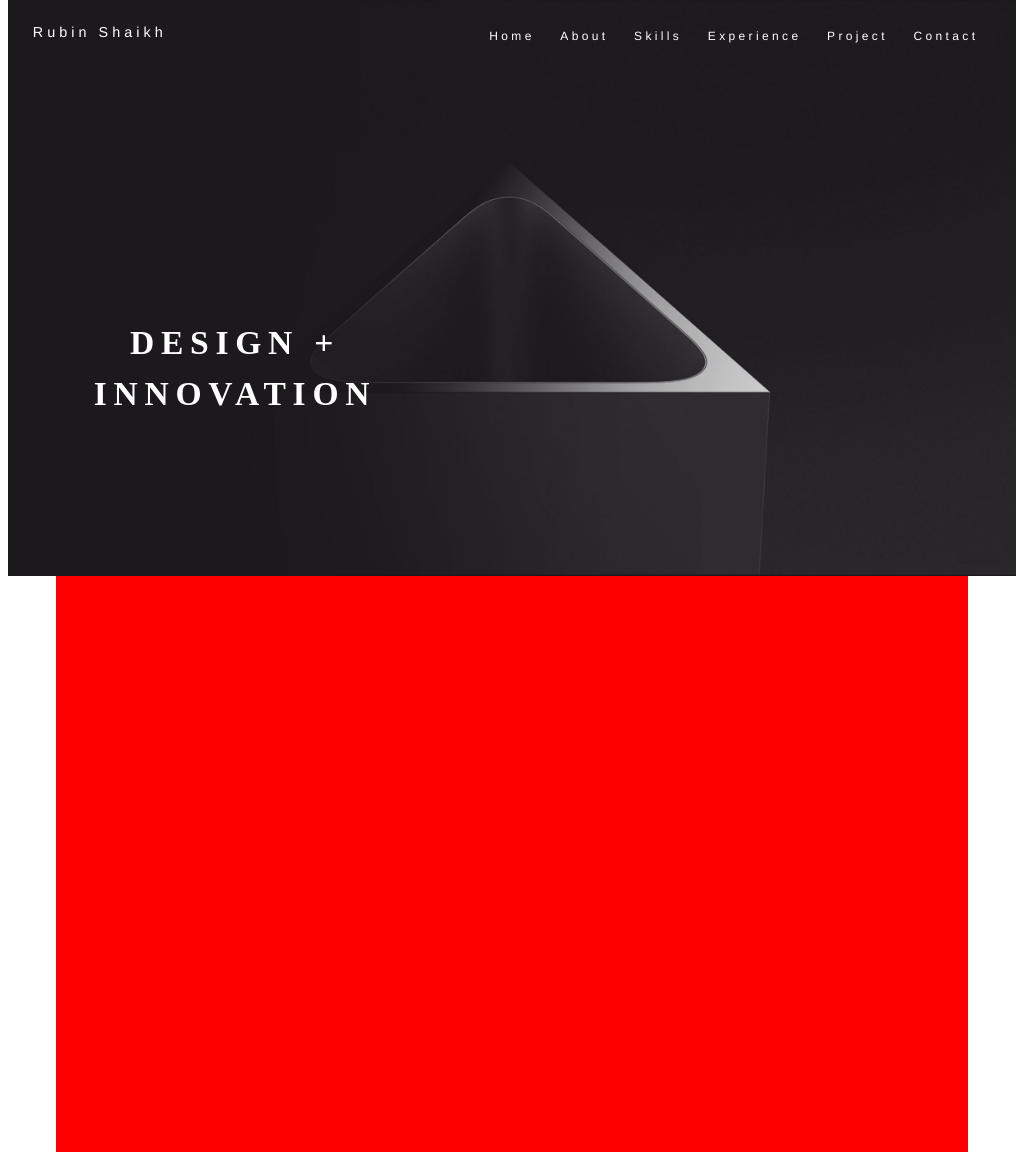
Repository: Rubin78/My-Portfolio
Page: /second
An editor plug-in stored every save of this project. The page is shown before and after the next save, followed by the edit.
The browser window is 1280 px wide. The pictures show the whole page, at 80% of full size.
The project was rebuilt for these pictures with package versions that can differ from the ones it lists, and the page was loaded fresh each time. Also part of the build but not shown: src/components/First/First.module.css, src/components/First/First.js, src/components/Third.js.

Above is the page before, as saved 2020-07-21 17:29:01.

### src/App.js
import React from 'react';

// import './App.css';

import { BrowserRouter as Router, Switch, Route } from "react-router-dom";
import First from './components/First/First';
import Second from './components/Second';
import Third from './components/Third';
function App() {
  return (
    <Router>
        <div className="App">

          <Switch>
            <Route exact path="/" component={First} />
            <Route exact path="/second" component={Second} />
            <Route exact path="/third" component={Third} />



            <Route render={() => <h2>404 Page Not Found</h2>} />
          </Switch>
        </div>
      </Router>
  );
}

export default App;

### src/components/Second.js
// import React, { Component } from 'react';
// import { Link } from "react-router-dom";
// class Second extends Component {
//     render() {
//         console.log(this.props);
//         return (




//             <div>
//                 <Link to="/third" >Go to the third page</Link>

//         <div>{this.props.location.state}</div>
//             </div>
//         );
//     }
// }

// export default Second;








import React, { useState } from 'react';
import {
  Collapse,
  Navbar,
  NavbarToggler,
  NavbarBrand,
  Nav,
  NavItem,
  NavLink,
  UncontrolledDropdown,
  DropdownToggle,
  DropdownMenu,
  DropdownItem,
  NavbarText
} from 'reactstrap';
import { Container, Row, Col} from 'reactstrap';
import styles  from '../components/Second.css'
import hero1 from '../assests/hero1.jpg';
import { Hidden } from '@material-ui/core';


const Example = (props) => {
  const [isOpen, setIsOpen] = useState(false);

  const toggle = () => setIsOpen(!isOpen);

  return (
<div>
    <Container fluid  className="containerBody2" style={{  backgroundImage:`url(${hero1})`,backgroundColor:'red'}} >
    <div style={{backgroundColor:'transparent',height:90,display:'flex'}}>
      <Navbar color="red" light expand="md"  style={{display:'flex',flex:1,}} >
        <NavbarBrand href="/"><h4  className="textheader1" >Rubin Shaikh</h4></NavbarBrand>
        <NavbarToggler onClick={toggle} style={{color:'white',backgroundColor:'#F5F5F5'}} />
        <Collapse isOpen={isOpen} navbar >
          <Nav className="mr-auto" navbar>



         </Nav>

         <NavLink  href="/components/"  className="textheader" >Home</NavLink>
         <NavLink href="/components/" className="textheader">About</NavLink>
          <NavLink href="/components/" className="textheader">Skills</NavLink>
          <NavLink href="/components/" className="textheader">Experience</NavLink>
          <NavLink href="/components/" className="textheader">Project</NavLink>
          <NavLink href="/components/" className="textheader">Contact</NavLink>
        </Collapse>
      </Navbar>
    </div>


<Col sm="5"  style={{ display:'flex',flex:1,
alignItems:'space-between',justifyContent:'center',paddingLeft:40,}}>
<div style={{display:'flex',height:450,flexDirection:'column',justifyContent:'flex-end',alignItems:'flex-start',marginBottom:20,}} >

    <div style={{color:'white',fontSize:42,textAlign:'center',fontFamily:"Patua One",fontWeight:"bolder",letterSpacing:'.20em'}} >
    {/* <div style={{color:'#ffffff',fontSize:15,textAlign:"left",letterSpacing:'.1em',paddingLeft:60}}>HELLO,</div> */}

      DESIGN +
   <p style={{paddingBottom:-15}}>INNOVATION</p></div>
    {/* <button onClick={this.submitHandler} >go to second page</button> */}
    </div>
</Col>
    </Container>


<Container  className="container2">

</Container>

    </div>
  );
}

export default Example;

### src/components/Second.css

.containerBody2{



    background-position: center;
    background-size: cover;
    background-repeat: 'no-repeat';
    height: 100vh;
    width: calc(100vw - 20px);
    overflow: hidden;
    position: relative;
background-color: black;

}


.container2{

    height: 100vh;
    width: 99.9vw;
    overflow: hidden;
    background-color: red;

position: relative;
}


.textheader{


  color: white;
  font-size: 15px;
font-family: "Gotham-Medium","Helvetica Neue","sans-serif";
letter-spacing: .28em;
}



.textheader1{


    color: white;
    font-size: 18px;
  font-family: "Gotham-Medium","Helvetica Neue","sans-serif";
  letter-spacing: .28em;
  }




.textcolor{
font-size: 45px;
margin-bottom: 20px;
letter-spacing: -1px;
font-family: "Gotham-Bold","Helvetica Neue",sans-serif;


background-color: red;


}

Loaded but not shown: public/index.html (common file); src/index.js (common file); src/index.css (common file); src/serviceWorker.js (common file)

After the next save:
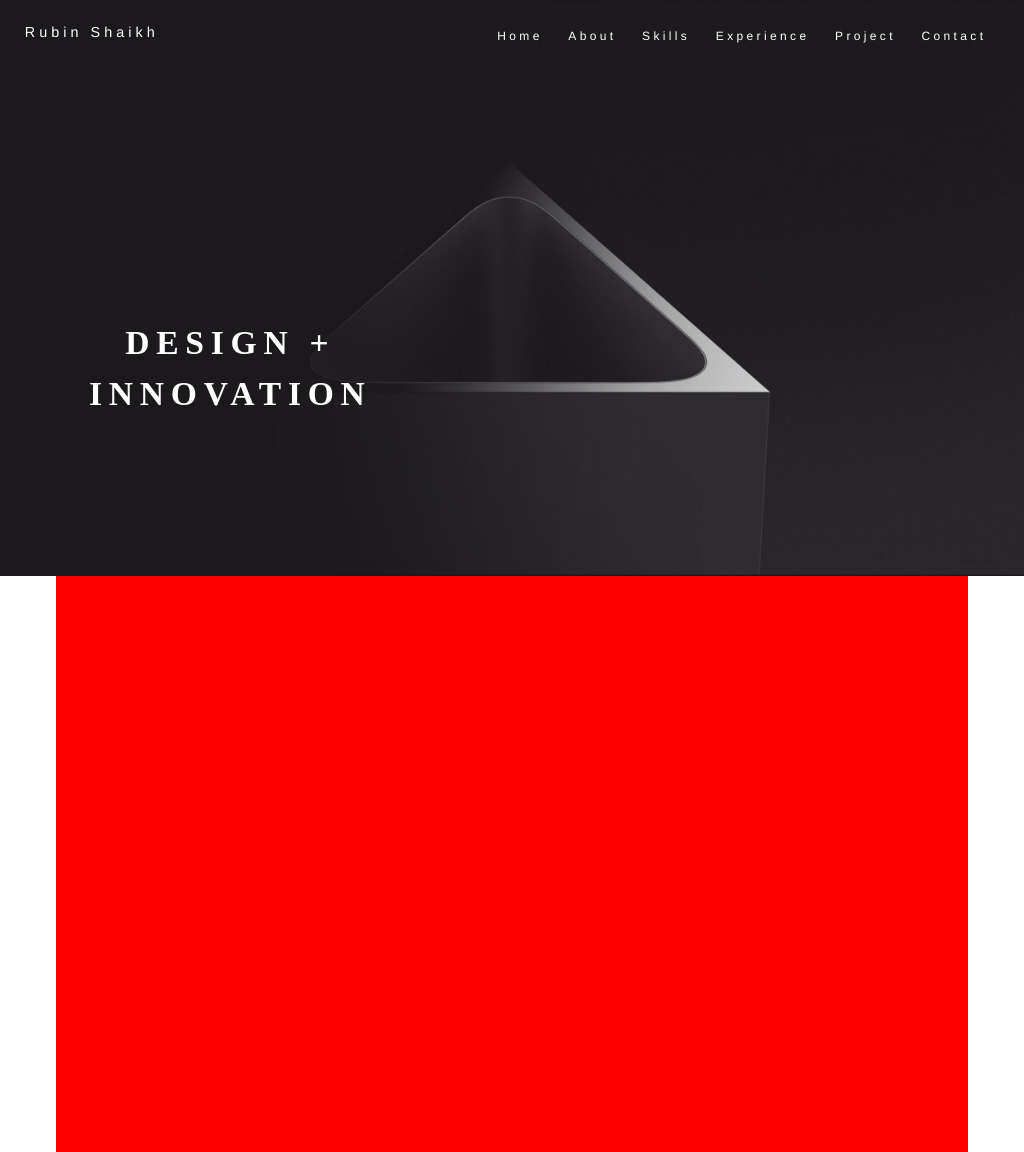
Saved 10 s later.
--- a/src/components/Second.css
+++ b/src/components/Second.css
@@ -7,7 +7,7 @@
     background-size: cover;
     background-repeat: 'no-repeat';
     height: 100vh;
-    width: calc(100vw - 20px);
+    width: calc(100vw -15px);
     overflow: hidden;
     position: relative;
 background-color: black;
